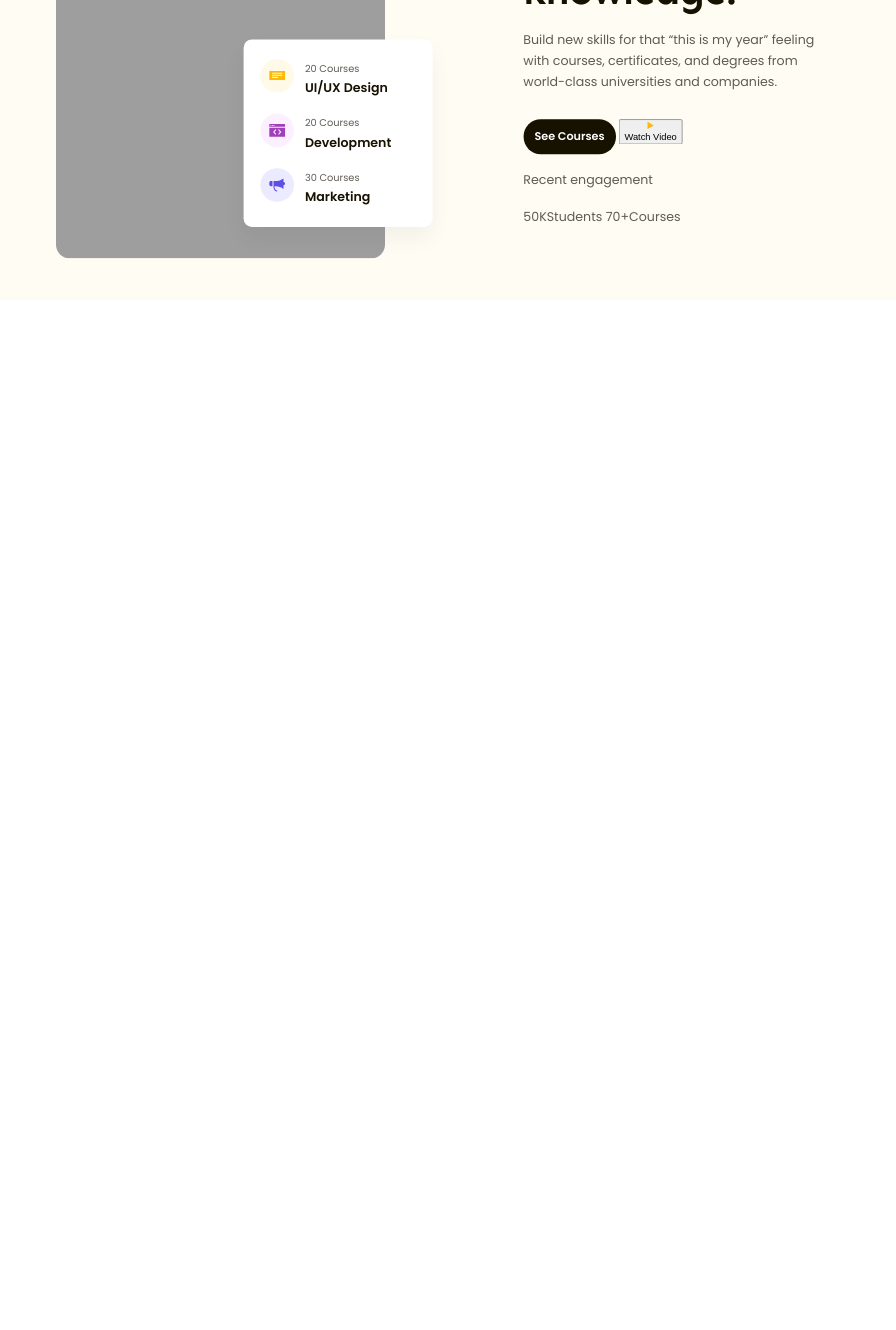
Repository: dovanlanh/f8-project-02
Page: index.html
The author's editor kept a copy of each file at every save. The page is drawn from the files as they stood at one save, then again after the next save.
The browser window is 1280 px wide. The pictures show the part of the page from y = 466 to 2366 px (the page is 10000 px tall), at 70% of full size.
Pictures or frames that could not be fetched are drawn as grey boxes.

Above is the page before, as saved 2023-02-05 11:14:42.

After the next save:
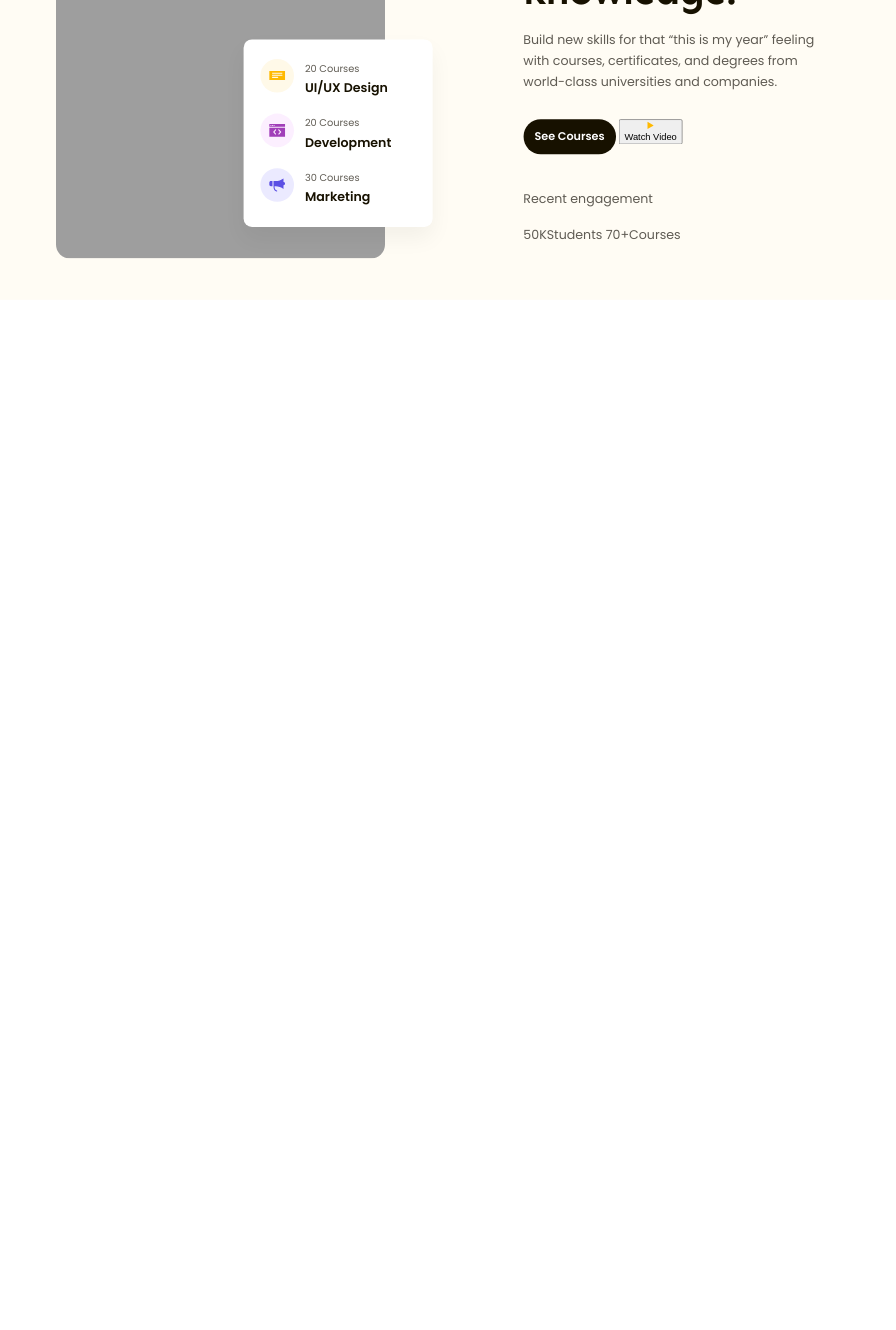
Saved 57 s later.
--- a/assets/css/styles.css
+++ b/assets/css/styles.css
@@ -181,7 +181,7 @@ a {
     color: #5F5B53;
 }
 .content-block .cta-group {
-    margin-top: 38px;
+    margin: 38px 0 48px;
 }
 .content-block .cta-group .hero-cta{
     width: 180px;
